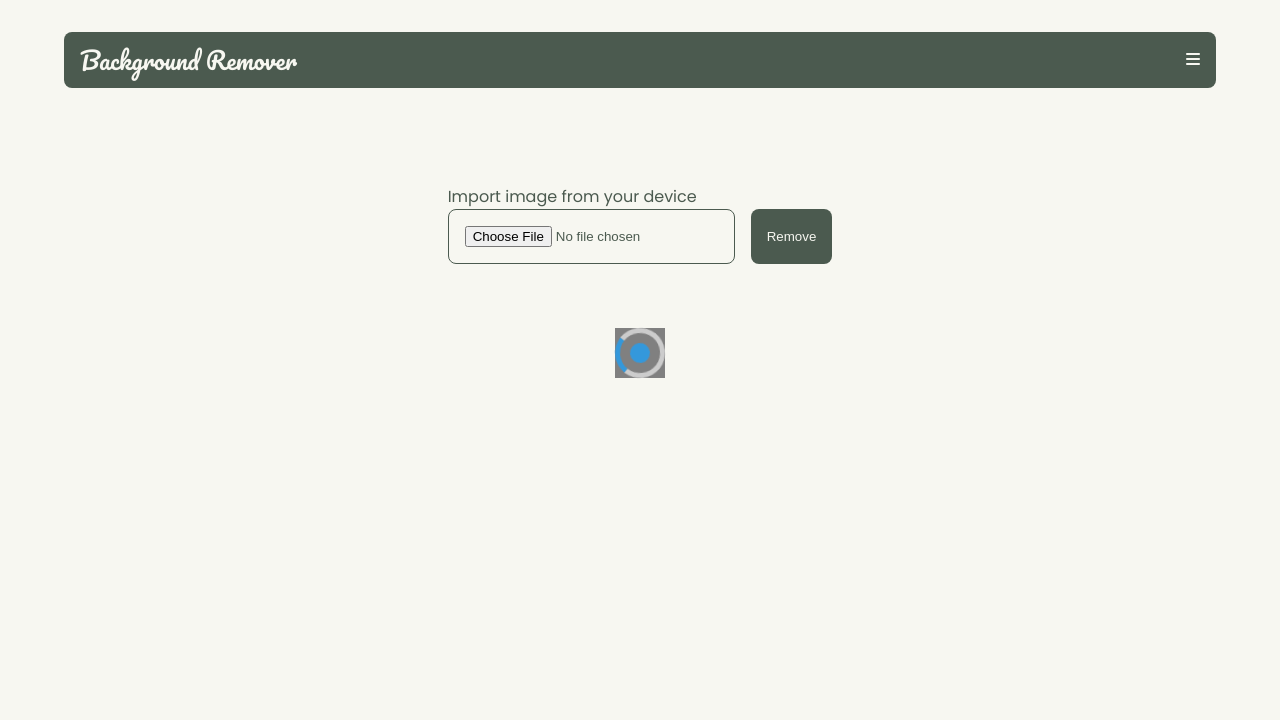
Repository: Oyasikelly/backgroundremover
Page: /
These files come from the project's save history. The page is drawn as it stood at one moment and after the next save; the edit follows.
The browser window is 1280 px wide. The pictures show the whole page.
Some web libraries are served in a nearby version. The project was rebuilt for these pictures with package versions that can differ from the ones it lists, and the page was loaded fresh each time. Also part of the build but not shown: vite.config.js, src/Components/SavedImages.jsx.

Above is the page before, as saved 2024-12-18 13:32:30.

After the next save:
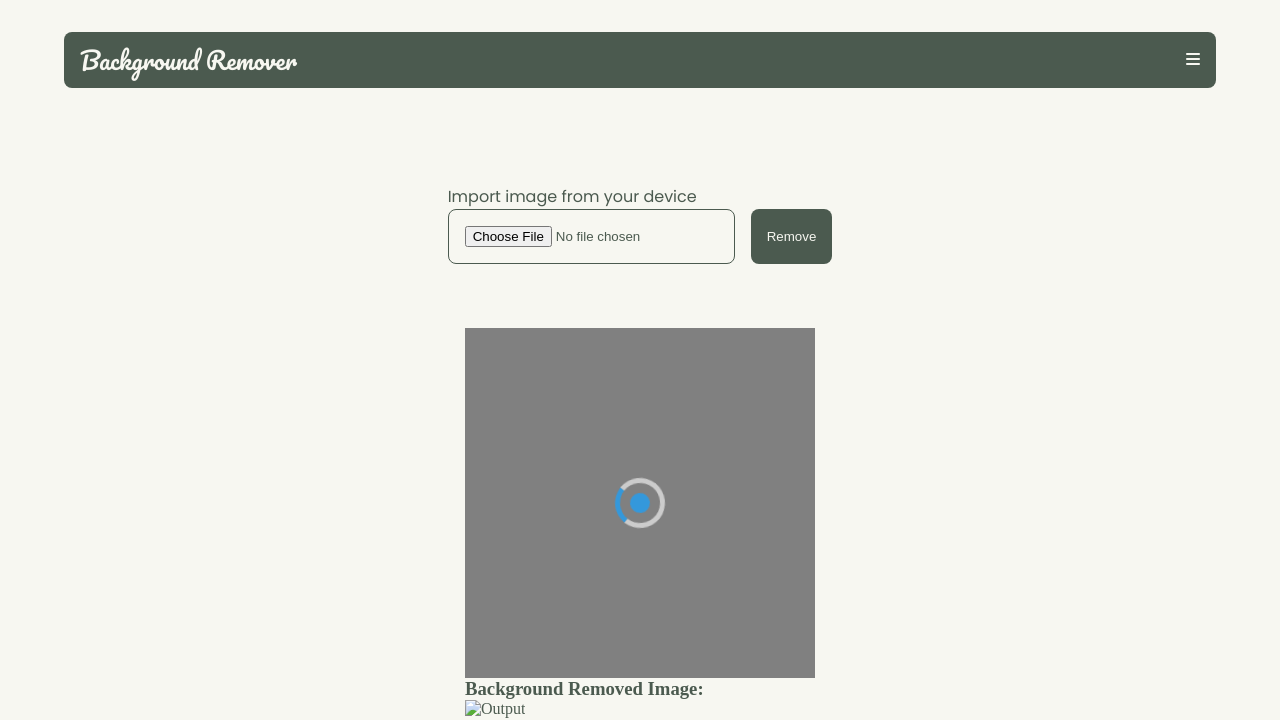
Saved 48 s later.
--- a/src/Components/Remover.jsx
+++ b/src/Components/Remover.jsx
@@ -117,11 +117,11 @@
 
 
       {/* Output Image */}
-          <div className="bg-gray-200 w-[400px] h-[400]">
-            <Loading />
-          </div>
-      {outputImage && (
+
+      {(
         <div className="output_container">
+          <Loading />
+
           <h3>Background Removed Image:</h3>
          <div className="outputWrap">
           <img src={outputImage} alt="Output" />

After the save that followed:
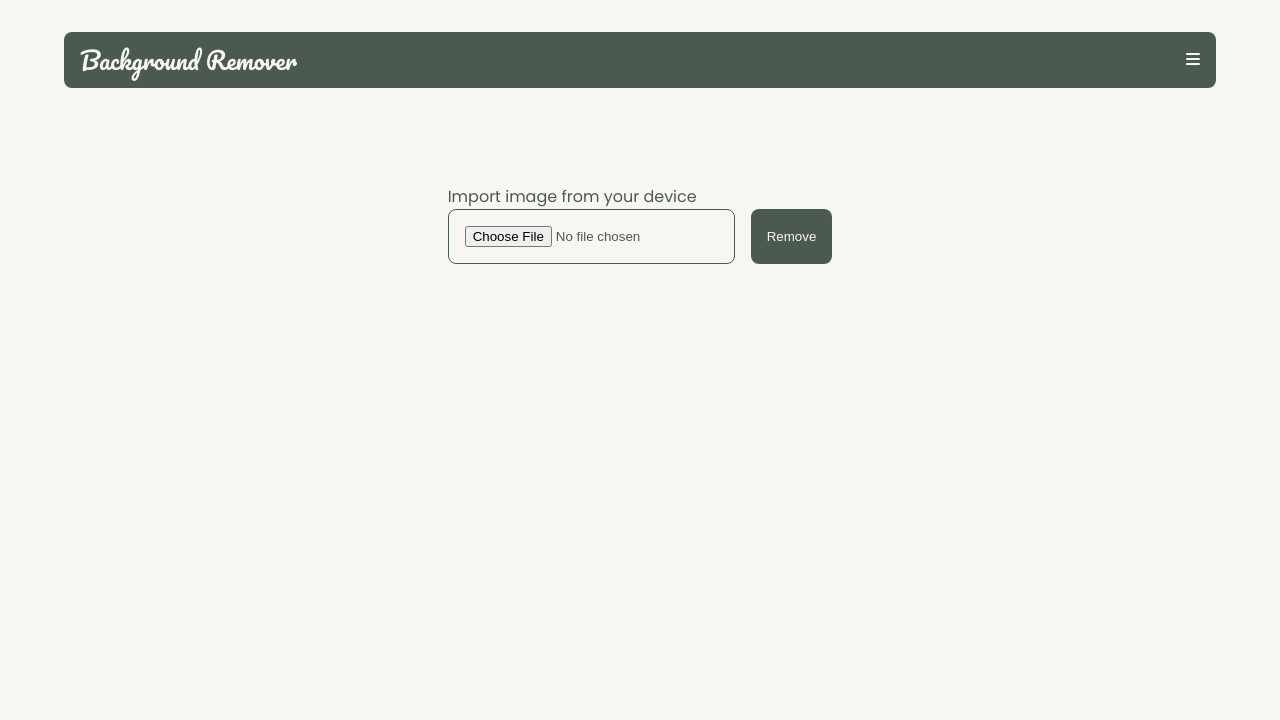
Saved 16 s later.
--- a/src/Components/Remover.jsx
+++ b/src/Components/Remover.jsx
@@ -118,7 +118,7 @@
 
       {/* Output Image */}
 
-      {(
+      {outputImage && (
         <div className="output_container">
           <Loading />
 
